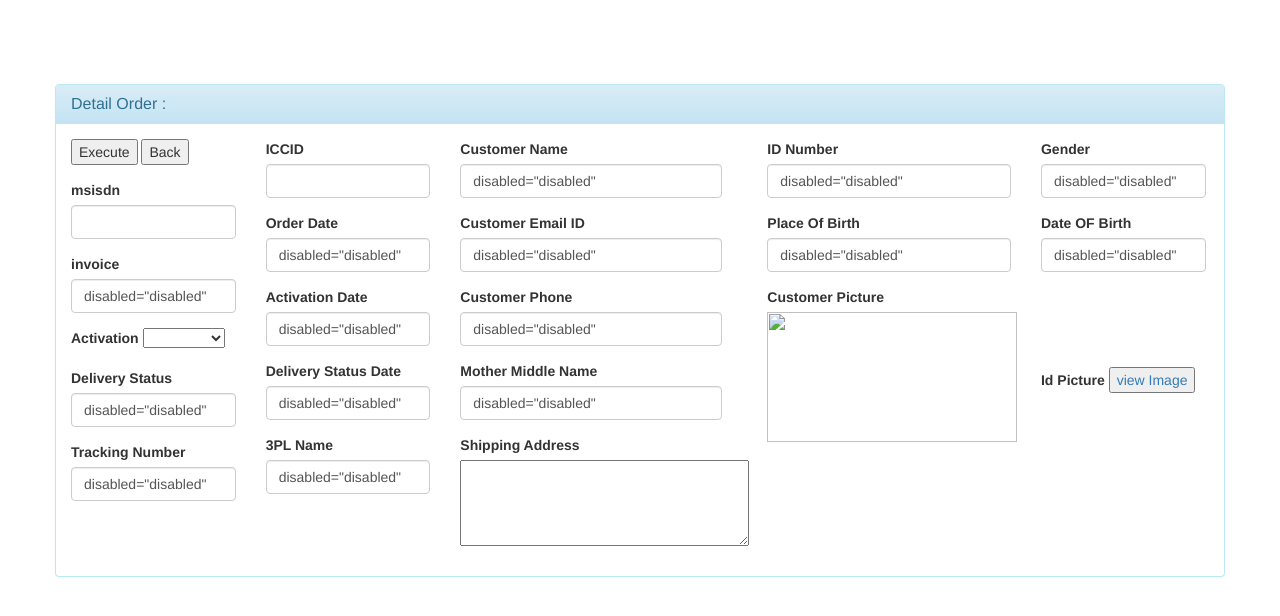
Repository: alokranjan4/MyCare
Page: http://localhost/IJoin/WEB-INF/pages/showDetails.jsp
The author's editor kept a copy of each file at every save. The page is drawn from the files as they stood at one save, then again after the next save.
The browser window is 1280 px wide. The pictures show the whole page.
The page is served by Tomcat 9. Nobody is signed in. Other server files are loaded and not shown. The template is opened directly, without the code that normally fills it, so the values that code supplies are empty.

Above is the page before, as saved 2016-06-21 07:21:23.

### IJoin/WebContent/WEB-INF/pages/showDetails.jsp

<!DOCTYPE html PUBLIC "-//W3C//DTD HTML 4.01 Transitional//EN" "http://www.w3.org/TR/html4/loose.dtd">
<html>
<head>
<%@ taglib prefix="c" uri="http://java.sun.com/jsp/jstl/core"%>
<link rel="stylesheet"	href='<c:out value="${pageContext.request.contextPath}"/>/css/bootstrap.css'>
<link rel="stylesheet" href='<c:out value="${pageContext.request.contextPath}"/>/css/bootstrap-theme.css'>
<script	src='<c:out value="${pageContext.request.contextPath}"/>/js/jquery.min.js'/></script>
<script	src='<c:out value="${pageContext.request.contextPath}"/>/js/bootstrap.min.js'></script>
<meta http-equiv="Content-Type" content="text/html; charset=ISO-8859-1">

<script>
$(document).ready(function(){
	$('#update').on('click', function () {
		$.ajax({
			  url: "updateOrder",
			  data:{"msisdn":$("#msisdn").val(),"act_status":$("#active").val(),"order_id":$("#order_id").html(),"iccid":$("#iccid").val()},
			  method: "POST"
			}).done(function(data) {
			 	if(null!=data.Status && data.Status==="SUCCESS"){
			 		$("#msg").addClass("alert-danger");
			 		$("#msg").addClass("alert alert-success");
			 		$("#msg").html("SUCCESS");
				 }else{
					$("#msg").addClass("alert-success");
					$("#msg").addClass("alert alert-danger");
					$("#msg").html("FAILURE");
				}
			});
	});
	$('#back').on('click', function () {
		location.href = "/IJoin/order";
	});
	$('#getImage').on('click', function () {
		$.ajax({
			  url: "getImage",
			  data:{"order_id":$("#order_id").html()},
			  method: "POST"
			}).done(function(data) {
			 	if(null!=data.Status && data.Status==="SUCCESS"){
			 		console.log(data.Status);
				 }else{
					 console.log(data.Status);
				}
			});
	});
});
</script>
<title>Show Details</title>
</head>
<body>
<div class="container">
<div class="row">
  <div class="col-md-14 " style="padding-top: 6em;">
  <div class="panel panel-info">
		  <div class="panel-heading">
		    <h3 class="panel-title">Detail Order :
		    	<span id="order_id">${list[0]["ORDER_ID"]}</span>
		    </h3>
		  </div>

	<div class="panel-body">
	<div class="row">
  	<div class="col-md-2">
  	<div id="msg"></div>
  	<form action="updateOrder" method="post">
  		 <div class="form-group">
		  		<input type="button" id="update" value="Execute">
		  		<input type="button" id="back" value="Back">
		 </div>
 		 <div class="form-group">
 		 <label for="msisdn">msisdn</label>
    			<input type="text" class="form-control" id="msisdn" value='${list[0]["MSISDN"]}'>
  		</div>

  <div class="form-group">
    <label for="invoice">invoice</label>
    <input type="text" class="form-control" id="invoice" value=${list[0]["INVOICE"]} disabled="disabled">
  </div>

  <div class="form-group">
    <label for="Activation">Activation</label>
    <select id="active">
    		<option>${list[0]["ACT_STATUS"]}</option>
    		<option>Pending</option>
    		<option>Approved</option>
  </select>
</div>

 <div class="form-group">
    <label for="TrackingNum">Delivery Status</label>
    <input type="text" class="form-control" id="DeliveryNum" value=${list[0]["DELIVERY_STATUS"]} disabled="disabled">
  </div>

  <div class="form-group">
    <label for="TrackingNum">Tracking Number</label>
    <input type="text" class="form-control" id="TrackingNum" value=${list[0]["TRACKING_NUM"]} disabled="disabled">
  </div>

</form>

  </div>
  <div class="col-md-2">

  <form>
  <div class="form-group">
    <label for="ICCID">ICCID</label>
    <input type="text" class="form-control" id="iccid" value=${list[0]["ICC_ID"]}>
  </div>

  <div class="form-group">
    <label for="orderDate">Order Date</label>
    <input type="text" class="form-control" id="orderDate" value=${list[0]["ORDER_DATE"]} disabled="disabled">
  </div>

  <div class="form-group">
    <label for="ActivationDate">Activation Date</label>
    <input type="text" class="form-control" id="ActivationDate" value=${list[0]["ACT_DATE"]} disabled="disabled">
  </div>

  <div class="form-group">
    <label for="deliveryStatusDate">Delivery Status Date</label>
    <input type="text" class="form-control" id="deliveryStatusDate" value=${list[0]["DELIVERY_DATE"]} disabled="disabled">
  </div>

  <div class="form-group">
    <label for="3PLName">3PL Name</label>
    <input type="text" class="form-control" id="3PLName" value=${list[0]["PL_NAME"]} disabled="disabled">
  </div>

</form>



  </div>
  <div class="col-md-3">


  <form>
  <div class="form-group">
    <label for="CustomerName">Customer Name</label>
    <input type="text" class="form-control" id="CustomerName" value=${list[0]["NAME"]} disabled="disabled">
  </div>

  <div class="form-group">
    <label for="customerEmail">Customer Email ID</label>
    <input type="text" class="form-control" id="customerEmail" value=${list[0]["EMAIL"]} disabled="disabled">
  </div>

  		<div class="form-group">
    		<label for="CustomerPhone">Customer Phone</label>
    				<input type="text" class="form-control" id="CustomerPhone" value=${list[0]["ALT_NUMBER"]} disabled="disabled">
  		</div>

  		<div class="form-group">
    		<label for="MotherMiddleName">Mother Middle Name</label>
    				<input type="text" class="form-control" id="MotherMiddleName" value=${list[0]["MAIDEN_NAME"]} disabled="disabled">
  		</div>
  		<div class="form-group">
    		<label for="ShippingAddress">Shipping Address</label>
				 	<textarea rows="4" cols="33" value=${list[0]["SHIP_ADDRESS"]} disabled="disabled">
    				</textarea>
     	</div>
	</form>
   </div>


  <div class="row">
  <div class="col-md-5">
  <div class="col-md-7">
  <form>
  <div class="form-group">
    <label for="IDNumber">ID Number</label>
    <input type="text" class="form-control" id="IDNumber" value=${list[0]["ID_NUMBER"]} disabled="disabled">
  </div>

  <div class="form-group">
    <label for="birthPlace">Place Of Birth</label>
    <input type="text" class="form-control" id="birthPlace" value=${list[0]["PLACE_OF_BIRTH"]} disabled="disabled">
  </div>

  <div>
    <label for="custPic">Customer Picture</label><br>
     <img src='${list[0]["cust_img"]}' alt="" height="130" width="250" border="5">
  </div>

</form>
  </div>
  <div class="col-md-5">
  <form>
  <div class="form-group">
    <label for="Gender">Gender</label>
    <input type="text" class="form-control" id="Gender" value=${list[0]["GENDER"]} disabled="disabled">
  </div>

  <div class="form-group">
    <label for="DateOFBirth">Date OF Birth</label>
    <input type="text" class="form-control" id="DateOFBirth" value=${list[0]["DOB"]} disabled="disabled">
  </div>
  <br>

 <br><br><br>
  <div class="form-group">
  	<label for="idpic">Id Picture</label>
  		<a href='${list[0]["id_img"]}' height="130" width="250" border="5">
  		<input type="button" id='getImage' value="view Image" /></a>
 </div>

</form>
  </div>
  </div>

</div>
</div>
</div>
</div>
</div>

</div>
  </div>
</body>
</html>

Loaded but not shown: IJoin/WebContent/css/bootstrap.css (library); IJoin/WebContent/css/bootstrap-theme.css (library); IJoin/WebContent/js/jquery.min.js (library); IJoin/WebContent/js/bootstrap.min.js (library)

After the next save:
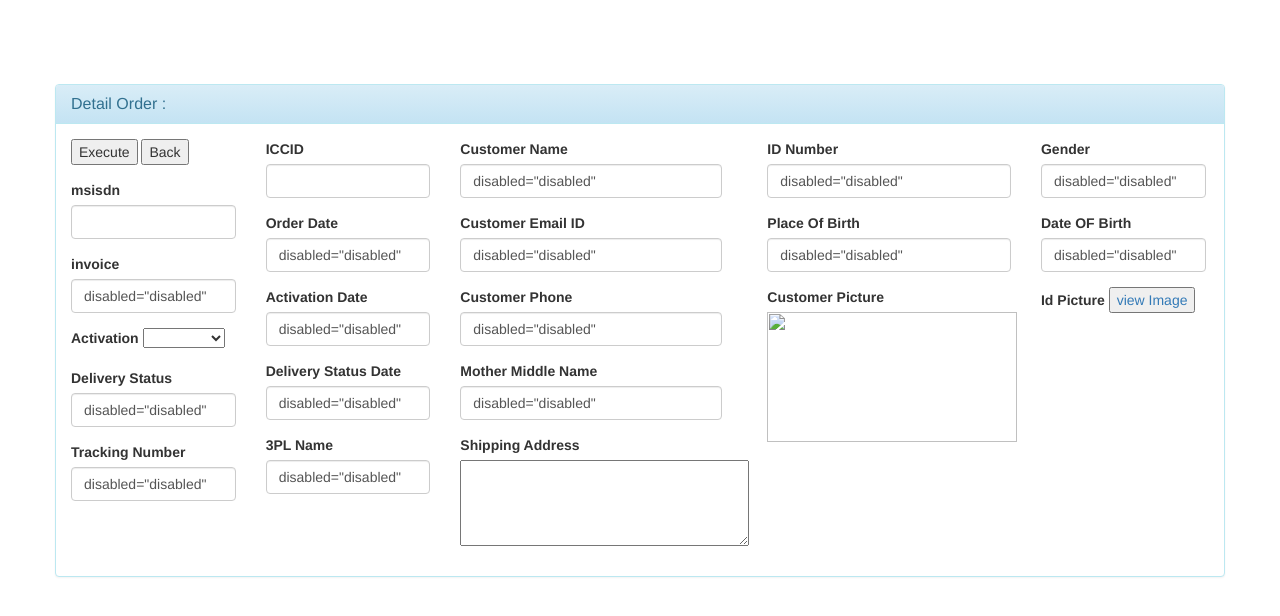
Saved 45 s later.
--- a/IJoin/WebContent/WEB-INF/pages/showDetails.jsp
+++ b/IJoin/WebContent/WEB-INF/pages/showDetails.jsp
@@ -197,9 +197,7 @@ $(document).ready(function(){
     <label for="DateOFBirth">Date OF Birth</label>
     <input type="text" class="form-control" id="DateOFBirth" value=${list[0]["DOB"]} disabled="disabled">
   </div>
-  <br>
-
- <br><br><br>
+
   <div class="form-group">
   	<label for="idpic">Id Picture</label>
   		<a href='${list[0]["id_img"]}' height="130" width="250" border="5">
